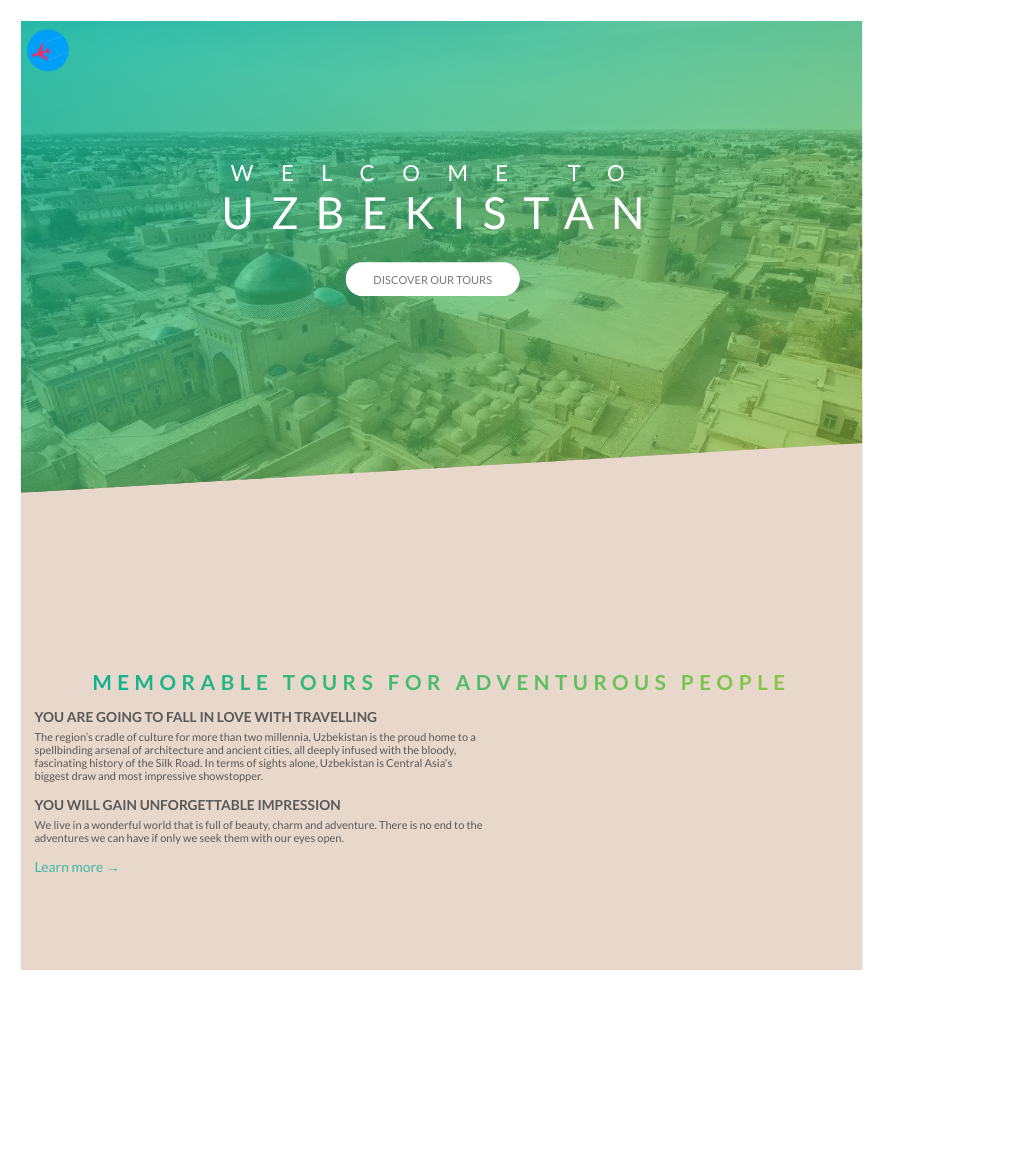
Repository: bmbrdr/UzTours
Page: index.html
An editor plug-in stored every save of this project. The page is shown before and after the next save, followed by the edit.
The browser window is 1280 px wide. The page is 1470 px wide, so the pictures cover 1470 px, including what lies to the right of the window. The pictures show the whole page, at 69% of full size.
The style sheet was rebuilt from its Sass, Less or Tailwind sources for each picture, by a compiler version that may differ from the author's.

Above is the page before, as saved 2021-08-09 11:49:01.

### index.html
<!DOCTYPE html>
<html lang="en">
<head>
    <meta charset="UTF-8">
    <meta http-equiv="X-UA-Compatible" content="IE=edge">
    <meta name="viewport" content="width=device-width, initial-scale=1.0">
    <link rel="stylesheet" href="style/style.css">
    <link rel="preconnect" href="https://fonts.googleapis.com">
<link rel="preconnect" href="https://fonts.gstatic.com" crossorigin>
<link href="https://fonts.googleapis.com/css2?family=Lato:ital,wght@0,300;0,400;0,700;1,300;1,400;1,700&        display=swap" rel="stylesheet">
    <title>Uztours</title>
</head>

<body>
    <header class="heading">
    <div class="header__logo-box">
        <a href="index.html">
            <img src="style/logo.png" alt="The logo" class="header__logo" style="animation:cubic-bezier(0.6, 0.04, 0.98, 0.335);">
        </a>
    </div>
    <div class="header__text-box">
        <h1 class="heading-primary">
        <span class="heading-primary--main">Welcome to</span>
        <span class="heading-primary--sub">Uzbekistan</span>
        </h1>
        <a href="#" class="btn btn--white btn--animated pos-btn">Discover our tours </a>
    </div>
    </header>
    <section class="section-about">
        <div class="u-text-center u-text-up">
            <h2 class="heading-secondary">
                memorable tours for adventurous people
            </h2>
        </div>
        <div class="row">
            <div class="col-1-of-2">
                <h3 class="heading-tertiary u-text-up u-margin-bot-small">you are going to fall in love with travelling</h3>
                <p class="paragraph u-margin-bot-mid">The region’s cradle of culture for more than two millennia, Uzbekistan is the proud home to a spellbinding arsenal of architecture and ancient cities, all deeply infused with the bloody, fascinating history of the Silk Road. In terms of sights alone, Uzbekistan is Central Asia's biggest draw and most impressive showstopper.</p>
                <h3 class="heading-tertiary u-text-up u-margin-bot-small">you will gain unforgettable impression</h3>
                <p class="paragraph u-margin-bot-mid">We live in a wonderful world that is full of beauty, charm and adventure. There is no end to the adventures we can have if only we seek them with our eyes open.</p>
                <a href="#" class="btn-text u-text-size">Learn more &rarr;</a>
            </div>
            <div class="col-1-of-2">
                <div class="composition">
                    <img src="" alt="" class="compositon_photo compositon_photo--p1">
                    <img src="" alt="" class="compositon_photo compositon_photo--p2">
                    <img src="" alt="" class="compositon_photo compositon_photo--p3">
                </div>
            </div>
        </div>
    </section>













   <!-- <section class="test-grid, u-text-about">
        <div class="row">
            <div class="col-1-of-2">Colum 1</div>
            <div class="col-1-of-2">Colum 1</div>
        </div>
        <div class="row">
            <div class="col-1-of-3">Colum 2</div>
            <div class="col-1-of-3">Colum 2</div>
            <div class="col-1-of-3">Colum 2</div>
        </div>
        <div class="row">
            <div class="col-1-of-3">Colum 3</div>
            <div class="col-2-of-3">Colum 3</div>
        </div>
        <div class="row">
            <div class="col-1-of-4">Colum 4</div>
            <div class="col-1-of-4">Colum 4</div>
            <div class="col-1-of-4">Colum 4</div>
            <div class="col-1-of-4">Colum 4</div>
        </div>
        <div class="row">
            <div class="col-1-of-4">Colum 5</div>
            <div class="col-1-of-4">Colum 5</div>
            <div class="col-2-of-4">Colum 5</div>
        </div>
        <div class="row">
            <div class="col-1-of-4">Colum 6</div>
            <div class="col-3-of-4">Colum 6</div>
        </div>
    </section> -->
</body>
</html>

### style/style.scss

@import 'abstracts/variables';
@import 'abstracts/mixins';
@import 'abstracts/functions';
@import 'abstracts/extends';

@import 'base/base';
@import 'base/typography';
@import 'base/animations';
@import 'base/utility';

@import 'layout/header';
@import 'layout/grid';

@import 'components/buttons';

@import 'pages/page';

@import 'utility/utility';

### style/abstracts/_variables.scss
$color-primary: #fefaa9;
$color-primary-light: #00b09bbe;
$color-primary-dark: #96c93dc0;
$color-white: #fff;
$color-sunset-gray: #e8d7cb;
$color-dark-grey: #777;
$color-black: #000;
$color-orange: rgb(252, 155, 28);
$grid-width: 144rem;
$vertical-gutter:8rem;
$horizontal-gutter:6rem;

### style/abstracts/_mixins.scss
@mixin clearfix {
    &::after{
        content: "";
        clear: both;
        display: table-co;
    }
}

### style/abstracts/_functions.scss
// some of them

### style/abstracts/_extends.scss
%btn_focus{
    outline: none;
    transform: translateY(-.1rem);
    box-shadow: rgba($color-black, 0.2) 0 0.5rem 1rem;
}
%btn{
    text-decoration: none;
    display: inline-block;
    padding: 1.5rem 4rem;
    border-radius: 10rem;
    text-transform: uppercase;
    transition: all .2s;
    position:absolute;
    top: 15rem;
    left:18rem;
    border: none;
    cursor: pointer;
}

### style/base/_base.scss
*{
    margin: 0;
    padding: 0;
    box-sizing: border-box;}

html{
    font-size: 62.5%;}

body{
    font-family: 'Lato', sans-serif;
    font-size: 1.6rem;
    padding: 3rem;}

### style/base/_typography.scss
.heading-primary{
    &--main {
        display: block;
        font-size: 100%;
        font-weight: 400;
        letter-spacing: 4rem;
        animation: MoveInLeft 2s;
    }
    &--sub {
        display: block;
        font-size: 200%;
        font-weight: 400;
        letter-spacing: 2.5rem;
        animation: MoveInRight 2s;}
}
.heading-secondary{
    letter-spacing: .8rem;
    font-weight: 800;
    font-size: 3rem;
    background-clip: text;
    -webkit-background-clip: text;
    color:transparent;
    background-image:linear-gradient(to right,
    rgba($color-primary-light, 1),
    rgba($color-primary-dark, 1));

    transition:all 1s;

    &:hover{
        transform:skewX(10deg) skewY(2deg) scale(1.5);
       }

}
.heading-tertiary{
    font-weight: 600;
    font-size: 2rem;
}

.heading-tertiary, .paragraph{
    color: #595959;
}

### style/base/_animations.scss
        @keyframes MoveInLeft {
            0% {
                opacity: 0;
                transform: translate(-10rem) rotateX(120deg);
        }

            80%{
                transform: translate(1rem);
            }
            100% {
            opacity: 1;
            transform: translate(0);
        }
        }


        @keyframes MoveInRight {
            0%{
                opacity: 0;
                transform: translate(10rem) rotateX(-120deg);
            }
            80% {
                transform: translate(-1rem);
            }
            100%{
                opacity: 1;
                transform: translate(0);
            }

        }



        @keyframes MoveInBot {
            0%{
                opacity: 0;
                transform: translateY(5rem)
            }
            100%{
                opacity: 1;
                transform: translateY(0);
            }

        }



         @keyframes ForLogo{
            0%{
                transform: rotate(0deg)
                    }
            100%{
                transform: rotate(360deg)
            }
         }

### style/base/_utility.scss
.u-text-center{
    text-align:center;
}
.u-text-up{
    text-transform: uppercase;
}
.u-margin-bot-big{
    margin-bottom: 8rem;
}
.u-margin-bot-mid{
    margin-bottom: 2rem;
}
.u-margin-bot-small{
    margin-bottom: .8rem;
}
.u-text-size{
    font-size: 2rem;
}

### style/layout/_header.scss

.heading{
    height: 95vh;
    background-image:linear-gradient(to right bottom,
    rgba($color-primary-light, 0.8),
    rgba($color-primary-dark, 0.6)),
     url(background.jpg);
    background-size: cover;
    background-position: top;
    clip-path: polygon(0 0, 100% 0, 100% 85vh, 0 100%);

    &-primary {
        text-transform: uppercase;
        color: $color-white; }}

    .header{

    &__text-box {
            position: absolute;
            top: 40%;
            left: 50%;
            transform: translate(-50%, -50%);
            text-align: center}

    &__logo-box {
        position: absolute;
        top: 4rem;
        left: 4rem;
        animation: ForLogo 1.5s infinite;}

    &__logo {
        height: 6rem;
        width: 6rem;}}

### style/layout/_grid.scss
.row{
    width: $grid-width;
    // background-color: #eee;
    margin: 0 auto;

   &:not(:last-child){
     margin-bottom: $vertical-gutter;

    }
    @include clearfix;}



  [class^=col-]{
    float:left;
    // background-color: $color-orange;
    padding: 2rem;
    &:not(:last-child){
      margin-right: $horizontal-gutter;
    }

  }
  .col-1-of-2{
    width: calc( (100% - #{$horizontal-gutter}) / 2);
  }
  .col-1-of-3{
    width: calc( (100% - 2 * #{$horizontal-gutter}) / 3);
  }
  .col-2-of-3{
    width: calc(2 * ( (100% - 2 * #{$horizontal-gutter}) / 3) + #{$horizontal-gutter});
  }
  .col-1-of-4{
    width: calc( (100% - 3 * #{$horizontal-gutter}) / 4);
  }
  .col-2-of-4{
    width: calc(2 * ( (100% - 3 * #{$horizontal-gutter}) / 4) + #{$horizontal-gutter});
    }
  .col-3-of-4{
    width: calc(3 * ( (100% - 3 * #{$horizontal-gutter}) / 4) + 2 * #{$horizontal-gutter});
  }

### style/components/_buttons.scss
.btn{
    &:link, &:visited{
        text-decoration: none;
        display: inline-block;
        padding: 1.5rem 4rem;
        border-radius: 10rem;
        text-transform: uppercase;
        transition: all .2s;
        position:absolute;
        top: 15rem;
        left:18rem;
        border: none;
        cursor: pointer;
    }

    &--animated {
    animation: MoveInBot .5s ease-out .75s;
    animation-fill-mode: backwards; }

    &--white {
    color: #777;
    background-color: $color-white;

    &::after {
        background-color: $color-white; }}




  &:hover {
    transform: translateY(-.3rem);
    box-shadow: rgba($color-black, 0.2) 0 1rem 2rem;

    &::after {
        transform: scaleX(1.4) scaleY(1.6);
        opacity: 0; }}


  &:active, &:focus {
      outline: none;
      transform: translateY(-.1rem);
      box-shadow: rgba($color-black, 0.2) 0 0.5rem 1rem;
     }

  &::after {
    content: "";
    height: 100%;
    width: 100%;
    border-radius: 10rem;
    display: inline-block;
    position: absolute;
    top: 0;
    left: 0;
    z-index: -1;
    transition: all .4s; }
  }
.btn-text{
   &:link, &:visited{
     text-decoration: none;
     color: $color-primary-light;
     margin-bottom: 2.5rem;
   }


}

### style/pages/_page.scss
.section-about{
    margin: 25rem auto;
    background-color: $color-sunset-gray;
    padding: 40rem 0;
    margin-top: -20vh;
}

### style/utility/_utility.scss
.u-text-about{
    text-align: center;
}

After the next save:
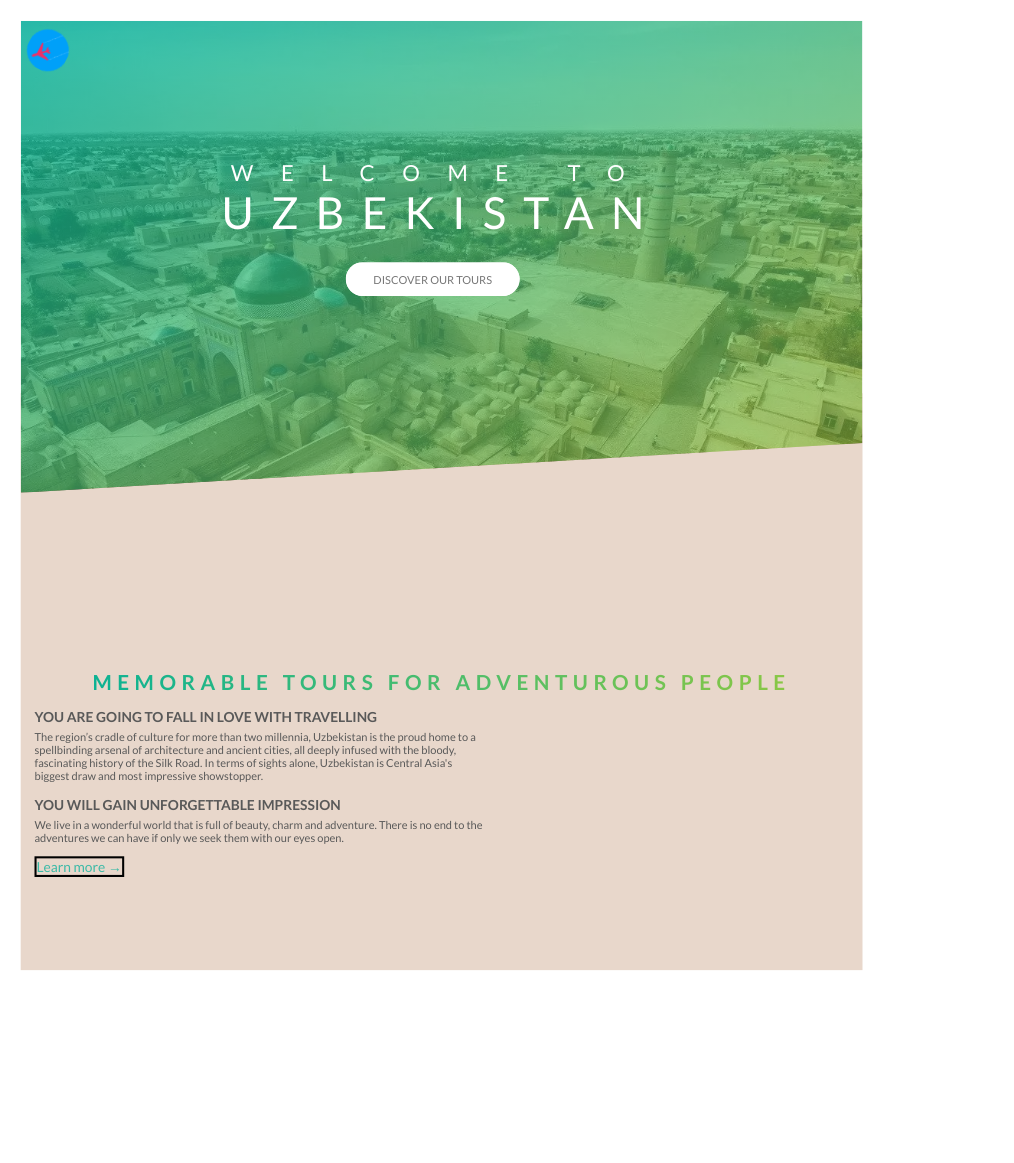
Saved 14 s later.
--- a/style/components/_buttons.scss
+++ b/style/components/_buttons.scss
@@ -59,6 +59,7 @@
      text-decoration: none;
      color: $color-primary-light;
      margin-bottom: 2.5rem;
+     border: black solid;
    }
 
 
